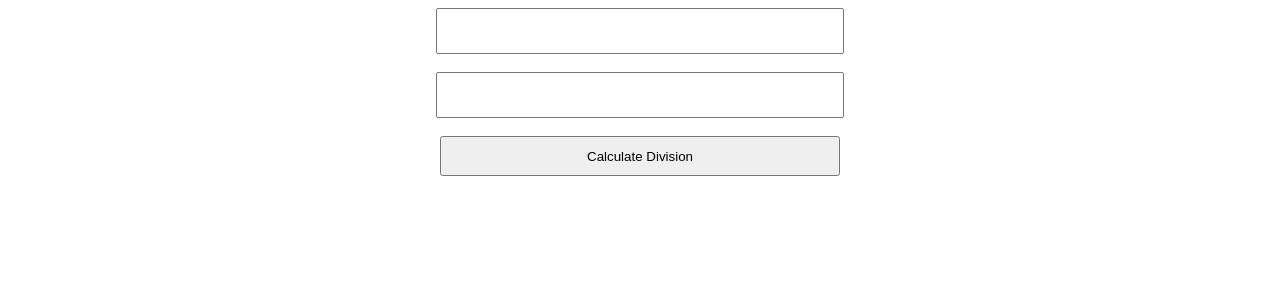
Repository: vaibhaokamble/MY_INSTITUTE_PUNE
Page: http://localhost/JSPApplication/division.jsp
An editor plug-in stored every save of this project. The page is shown before and after a run of saves, followed by the edit.
The browser window is 1280 px wide. The pictures show the whole page.
The page is served by Tomcat 9.

Above is the page before, as saved 2022-10-18 15:51:05.

After the next 2 saves:
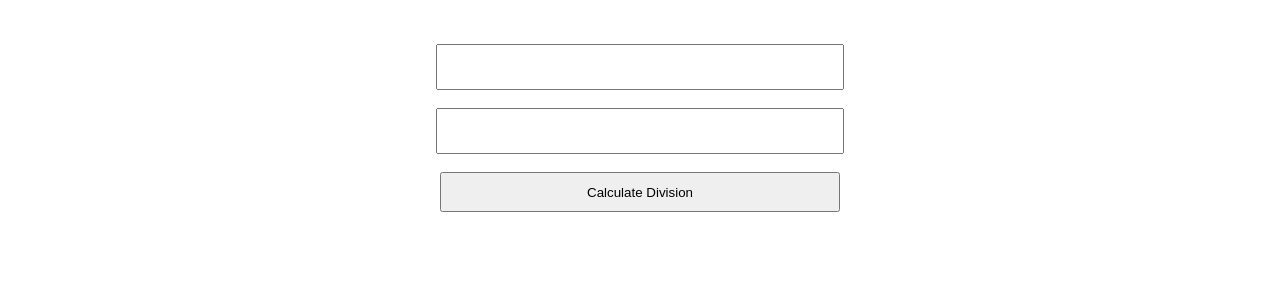
The 2 saves are shown as one change because 1 did not build or start.
The last was saved 13 min 16 s later.
--- a/JSP/JSPApplication/src/main/webapp/division.jsp
+++ b/JSP/JSPApplication/src/main/webapp/division.jsp
@@ -3,7 +3,7 @@
 <!DOCTYPE html>
 <html>
 <head>
-<meta charset="UTF-8">
+<meta charset="ISO-8859-1">
 <title>Insert title here</title>
 <style>
 input {
@@ -13,10 +13,9 @@
 </style>
 </head>
 <body>
-<%@page isErrorPage="true" errorPage="error.jsp"%>
-
-<!-- Declaration -->
-	<center>
+<br><br>
+<%@page isErrorPage="true"  errorPage="error.jsp" %>
+<center>
 	<form name='frm' action='' method='POST'>
 		<input type='text' name='first' value='' /><br>
 		<br> <input type='text' name='second' value='' /><br>
@@ -24,9 +23,6 @@
 		<br>
 	</form>
 	</center>
-
-
-		<!-- ScriptLet -->
 	<%
 	  String btn=request.getParameter("s");
 	   if(btn!=null) //meaning is check button is click or not
@@ -37,6 +33,5 @@
 		  out.println("<h1>Division is "+result+"</h1>");
 	   }
 	%>
-
 </body>
 </html>

After the save that followed:
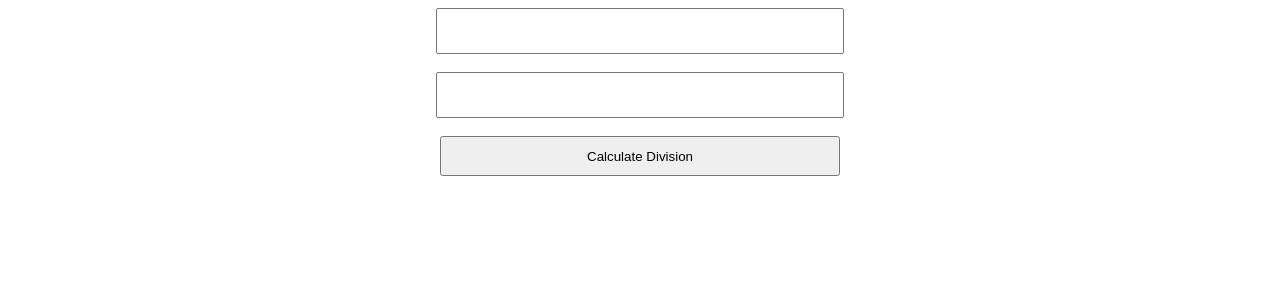
Saved 46 s later.
--- a/JSP/JSPApplication/src/main/webapp/division.jsp
+++ b/JSP/JSPApplication/src/main/webapp/division.jsp
@@ -13,7 +13,6 @@
 </style>
 </head>
 <body>
-<br><br>
 <%@page isErrorPage="true"  errorPage="error.jsp" %>
 <center>
 	<form name='frm' action='' method='POST'>
